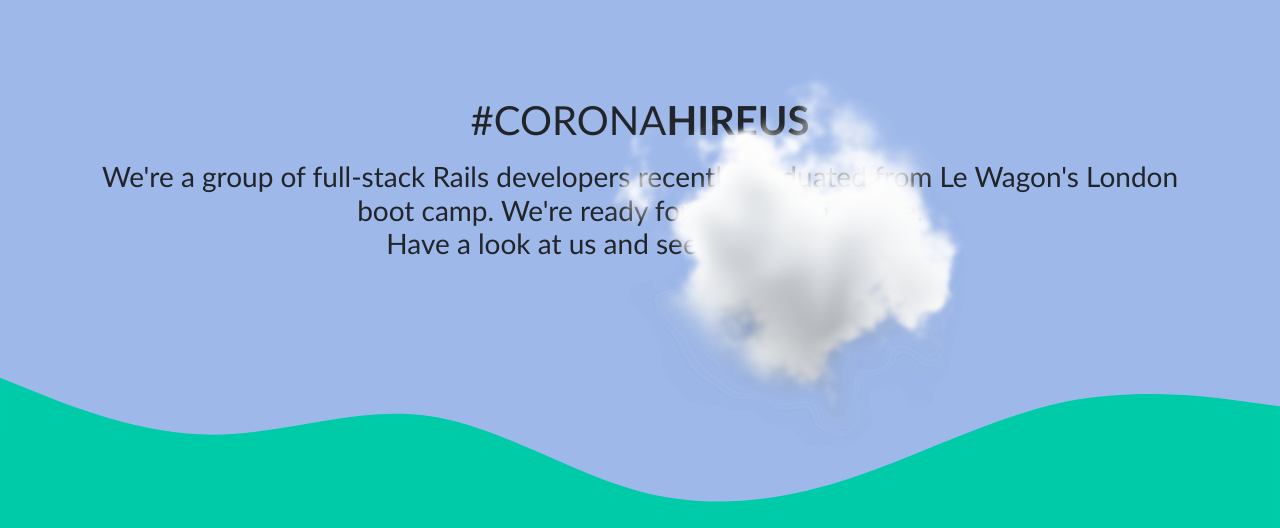
Repository: rahulkeerthi/coronahireus
Page: index.html
These files come from the project's save history. The page is drawn as it stood at one moment and after a run of saves; the edit follows.
The browser window is 1280 px wide. The pictures show the part of the page from y = 0 to 528 px (the page is 1328 px tall).
A picture or video elsewhere on the page could not be fetched, so the positions and the page height are approximate. Some web libraries are served in a nearby version.

Above is the page before, as saved 2020-03-28 01:58:25.

### index.html
<!DOCTYPE html>
<html lang="en">
<head>
    <meta charset="UTF-8">
    <meta name="viewport" content="width=device-width, initial-scale=1.0">
    <meta http-equiv="X-UA-Compatible" content="IE=edge">
    <title>Corona-Hire-Us</title>
    <link rel="stylesheet" href="style.css">
    <script src="main.js" defer></script>
    <link rel="shortcut icon" href="data:[embedded picture, 18 characters]" type="image/x-icon">
    <link rel="stylesheet" href="https://use.fontawesome.com/releases/v5.0.10/css/all.css">
    <link rel="stylesheet" href="https://stackpath.bootstrapcdn.com/bootstrap/4.3.1/css/bootstrap.min.css">
  </head>
<body>
    <div>
        <div class="wrapper">
            <div class="body-cloud" id="cloud1">
                <div class="cloud cloud-back" style="left: -25vw"></div>
                <div class="cloud cloud-mid" style="left: -25vw"></div>
                <div class="cloud cloud-front" style="left: -25vw"></div>
                <!--   77, 327,109, 841, 2319, 5032, 1094, 892, 6739, 512, 84 -->
                <svg width="0" height="0">
                <!--Top Layer-->
                    <filter id="filter-back">
                    <feTurbulence type="fractalNoise" baseFrequency="0.012" numOctaves="4" seed="0" />
                    <feDisplacementMap  in="SourceGraphic" scale="170" />
                    </filter>
                    <filter id="filter-mid">
                        <feTurbulence type="fractalNoise"  baseFrequency="0.012" numOctaves="2" seed="0"/>
                    <feDisplacementMap  in="SourceGraphic" scale="150" />
                    </filter>
                    <filter id="filter-front">
                        <feTurbulence type="fractalNoise" baseFrequency="0.012" numOctaves="2" seed="0"/>
                    <feDisplacementMap  in="SourceGraphic" scale="100" />
                    </filter>
                </svg>
            </div>
            <div class="body-cloud" id="cloud2">
                <div class="cloud cloud-back" style="left: 0vw, top: -10vh"></div>
                <div class="cloud cloud-mid" style="left: 0vw, top: -10vh"></div>
                <div class="cloud cloud-front" style="left: 0vw, top: -10vh"></div>
                <!--   77, 327,109, 841, 2319, 5032, 1094, 892, 6739, 512, 84 -->
                <svg width="0" height="0">
                <!--Top Layer-->
                    <filter id="filter-back">
                    <feTurbulence type="fractalNoise" baseFrequency="0.012" numOctaves="4" seed="0" />
                    <feDisplacementMap  in="SourceGraphic" scale="170" />
                    </filter>
                    <filter id="filter-mid">
                        <feTurbulence type="fractalNoise"  baseFrequency="0.012" numOctaves="2" seed="0"/>
                    <feDisplacementMap  in="SourceGraphic" scale="150" />
                    </filter>
                    <filter id="filter-front">
                        <feTurbulence type="fractalNoise" baseFrequency="0.012" numOctaves="2" seed="0"/>
                    <feDisplacementMap  in="SourceGraphic" scale="100" />
                    </filter>
                </svg>
            </div>
            <div class="sky text-center">
                <h1 class="pt-5">#CORONA<strong>HIREUS</strong></h1>
                <h3 class="container py-2">We're a group of full-stack Rails developers recently graduated from Le Wagon's London boot camp. We're ready for our first challenge. <br>Have a look at us and see what you think.</h3>
            </div>
            <div class="hills">
                <svg xmlns="http://www.w3.org/2000/svg" viewBox="0 0 1440 320"><path fill="#00cba9" fill-opacity="1" d="M0,128L40,144C80,160,160,192,240,192C320,192,400,160,480,170.7C560,181,640,235,720,256C800,277,880,267,960,240C1040,213,1120,171,1200,154.7C1280,139,1360,149,1400,154.7L1440,160L1440,320L1400,320C1360,320,1280,320,1200,320C1120,320,1040,320,960,320C880,320,800,320,720,320C640,320,560,320,480,320C400,320,320,320,240,320C160,320,80,320,40,320L0,320Z"></path></svg>
            </div>
            <div class="field">
                <div class="container pt-5" id="card-container">
                    <div class="card-profile invisible">
                        <img src="https://kitt.lewagon.com/placeholder/users/rahulkeerthi" />
                        <div class="card-profile-infos">
                          <h2>Rahul Keerthi</h2>
                          <p>Interest in <strong>full-stack, front-end and back-end</strong>. TMT strategy consultant background.</p>
                          <p>Currently learning React.</p>
                        </div>
                        <div class="card-links">
                            <a href="https://twitter.com/diegegenpress" target="_blank"><i class="fab fa-twitter"></i></a>
                            <a href="https://github.com/rahulkeerthi/" target="_blank"><i class="fab fa-github"></i></a>
                            <a href="https://www.linkedin.com/in/rahulkeerthi" target="_blank"><i class="fab fa-linkedin"></i></a>
                        </div>
                    </div>
                    <div class="card-profile invisible">
                        <img src="https://kitt.lewagon.com/placeholder/users/domferris" />
                        <div class="card-profile-infos">
                          <h2>Dom Ferris</h2>
                          <p>Interest in <strong>full-stack and front-end</strong>. Visual arts background.</p>
                          <p>Currently working an MVP.</p>
                        </div>
                        <div class="card-links">
                            <a href="https://twitter.com/CoronaHire" target="_blank"><i class="fab fa-twitter"></i></a>
                            <a href="https://github.com/rahulkeerthi/coronahireus" target="_blank"><i class="fab fa-github"></i></a>
                            <a href="#" target="_blank"><i class="fab fa-linkedin"></i></a>
                        </div>
                    </div>
                    <div class="card-profile invisible">
                        <img src="https://kitt.lewagon.com/placeholder/users/magdacembor" />
                        <div class="card-profile-infos">
                          <h2>Magda Cembor</h2>
                          <p>Interest in <strong>full-stack, front-end and back-end</strong>. Visual arts background.</p>
                          <p>Currently learning node.js and React.</p>
                        </div>
                        <div class="card-links">
                            <a href="https://twitter.com/CoronaHire" target="_blank"><i class="fab fa-twitter"></i></a>
                            <a href="https://github.com/rahulkeerthi/coronahireus" target="_blank"><i class="fab fa-github"></i></a>
                            <a href="#" target="_blank"><i class="fab fa-linkedin"></i></a>
                        </div>
                    </div>
                    <div class="card-profile invisible">
                        <img src="https://kitt.lewagon.com/placeholder/users/katsuu" />
                        <div class="card-profile-infos">
                          <h2>Katrina Au</h2>
                          <p>Interest in <strong>full-stack and front-end</strong>. Product owner background.</p>
                          <p>Currently working on an MVP.</p>
                        </div>
                        <div class="card-links">
                            <a href="https://twitter.com/CoronaHire" target="_blank"><i class="fab fa-twitter"></i></a>
                            <a href="https://github.com/rahulkeerthi/coronahireus" target="_blank"><i class="fab fa-github"></i></a>
                            <a href="#" target="_blank"><i class="fab fa-linkedin"></i></a>
                        </div>
                    </div>
                </div>
            </div>
        </div>
    </div>
    <div class="footer">
        <div class="footer-links">
            <a href="https://twitter.com/CoronaHire"><i class="fab fa-twitter"></i></a>
            <a href="https://github.com/rahulkeerthi/coronahireus"><i class="fab fa-github"></i></a>
            <a href="#"><i class="fab fa-linkedin"></i></a>
        </div>
        <div class="footer-copyright">
          Made with <i class="fas fa-heart"></i> by Rahul Keerthi (Le Wagon #361)
        </div>
      </div>
</body>
</html>

### style.css
body p {
    font-family: 'Lucida Sans', 'Lucida Sans Regular', 'Lucida Grande', 'Lucida Sans Unicode', Geneva, Verdana, sans-serif;
}

body h1 {
    font-family: 'Gill Sans', 'Gill Sans MT', Calibri, 'Trebuchet MS', sans-serif;
}

body h3 {
    font-family: 'Gill Sans', 'Gill Sans MT', Calibri, 'Trebuchet MS', sans-serif;
}

/* PAGE STRUCTURE */

.wrapper {
    /* position: relative; */
}

.sky {
    background-color: #9eb8e9;
    height: 30vh;
}

.sky h1 {
    z-index: 100;
}

.sky h3 {
    z-index: 100;
}

.hills {
    background-color: #9eb8e9;
}

.field {
    background-color: #00cba9;
    min-height: 100vh;
}

/* PROFILE CARDS */

#card-container {
    display: grid;
    grid-template-columns: 1fr 1fr;
    column-gap: 1rem;
    row-gap: 1rem;
}

.card-profile {
    overflow: hidden;
    height: 160px;
    background: white;
    box-shadow: 2px 2px 15px rgba(0,0,0,0.4);
    display: flex;
    justify-content: space-between;
    align-items: center;
    transition: all 1s ease;
  }

  .card-profile img {
    height: 100%;
    width: 120px;
    object-fit: cover;
  }

  .card-profile h2 {
    font-size: 16px;
    font-weight: bold;
    margin: 0;
  }

  .card-profile p {
    font-size: 12px;
    line-height: 1.4;
    opacity: .7;
    margin-bottom: 0;
    margin-top: 8px;
  }

  .card-profile .card-profile-infos {
    padding: 0 1rem;
  }

  .card-links {
    width: 20%;
    align-items: center;
    padding: 0 1rem;
  }
  .card-links a {
    color: black;
    opacity: 0.15;
    text-decoration: none;
    font-size: 1.5rem;
    padding: 0 0.5rem;
  }
  .card-links a:hover {
    color: #016151;
    opacity: 1;
  }

  .invisible {
      opacity: 0;
  }

/* FOOTER, BASED ON LE WAGON UI KIT */

.footer {
    background: #F4F4F4;
    display: flex;
    align-items: center;
    justify-content: space-between;
    height: 60px;
    padding: 0px 50px;
    color: rgba(0,0,0,0.3);
  }
  .footer-links {
    display: flex;
    align-items: center;
  }
  .footer-links a {
    color: black;
    opacity: 0.15;
    text-decoration: none;
    font-size: 24px;
    padding: 0px 10px;
  }
  .footer-links a:hover {
    color: #016151;
    opacity: 1;
  }

  .footer .fa-heart {
    color: #D23333;
  }

  /* CLOUD */

.body-cloud {
  /* width: 100vw;
  height: 100vh;
  background: linear-gradient(165deg, #527785 0%, #527785 100%); */
/*   background: linear-gradient(165deg, #527785 0%, #527785 100%); */
  /* padding: 1%; */
  background-color: #9eb8e9;
  overflow: hidden;
}

.cloud {
  width: 300px;
  height: 250px;
  border-radius: 50%;
  position: absolute;
  top: -25vh;
  left: -25vw;
}

.cloud-back {
  filter: url(#filter-back);
  box-shadow: 300px 300px 30px -20px #fff;
}

.cloud-mid {
  filter: url(#filter-mid);
  box-shadow: 300px 340px 70px -60px rgba(158, 168, 179, 0.5);
    left: -25vw;
}

.cloud-front {
  filter: url(#filter-front);
  box-shadow: 300px 370px 60px -100px rgba(0, 0, 0, 0.3);
    left: -25vw;
}

### main.js
const removeInvisible = () => {
    const y = window.scrollY;
    const cards = document.querySelectorAll('.card-profile')
    // console.log(window.scrollY);
    if (y >= 150) {
        cards.forEach((card) => {
            card.classList.remove('invisible');
        })
    };
};

window.addEventListener('scroll', removeInvisible);

const clouds = document.querySelectorAll('.cloud')
let leftPosition = 0;
const moveCloud = () => {
    leftPosition = leftPosition + 1;
    clouds.forEach((cloud) => {
        // console.log(cloud);
        cloud.style.left = leftPosition + "vw";
    })
}

setInterval(moveCloud, 200);


// $(document).ready(function(){
//     var bgPosition = 0;
//     function drift(){
//       bgPosition = bgPosition - 1;
//       $("#cloud1").css("background-position", bgPosition + "px");
//    $("#cloud2").css("background-position", bgPosition + "px")
//     };
//   });

After the next 2 saves:
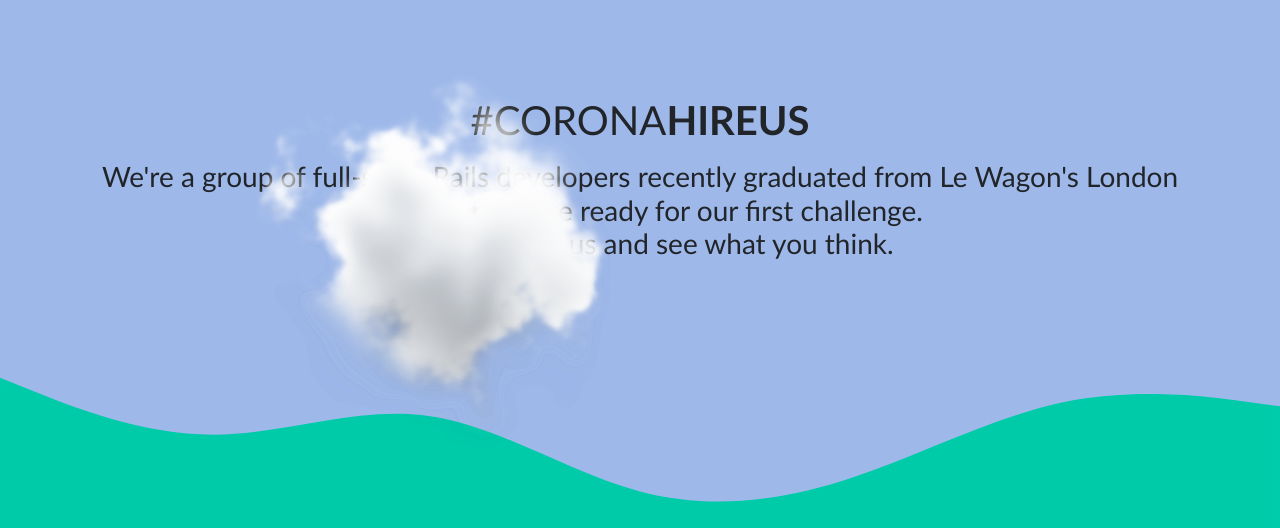
The 2 saves are shown as one change because they came seconds apart.
The last was saved 23 s later.
--- a/main.js
+++ b/main.js
@@ -14,7 +14,7 @@
 const clouds = document.querySelectorAll('.cloud')
 let leftPosition = 0;
 const moveCloud = () => {
-    leftPosition = leftPosition + 1;
+    leftPosition = leftPosition + 0.01;
     clouds.forEach((cloud) => {
         // console.log(cloud);
         cloud.style.left = leftPosition + "vw";
